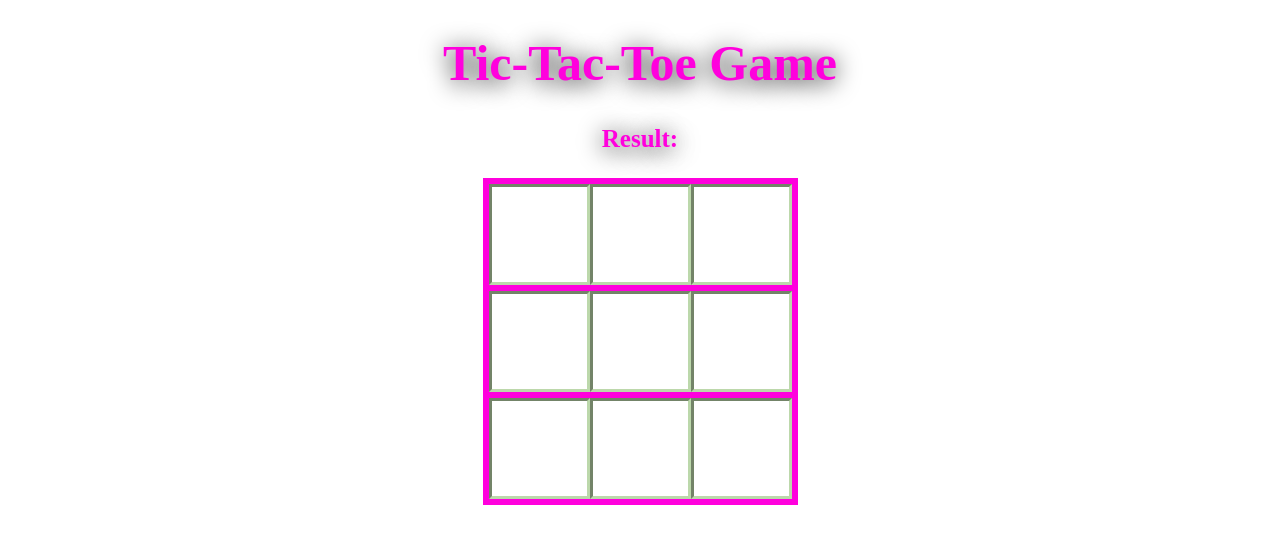
Repository: 0101chaitanya/Tic-Tac-Toe
Page: index.html
The author's editor kept a copy of each file at every save. The page is drawn from the files as they stood at one save, then again after the next save.
The browser window is 1280 px wide. The pictures show the whole page.

Above is the page before, as saved 2021-06-09 18:13:15.

After the next save:
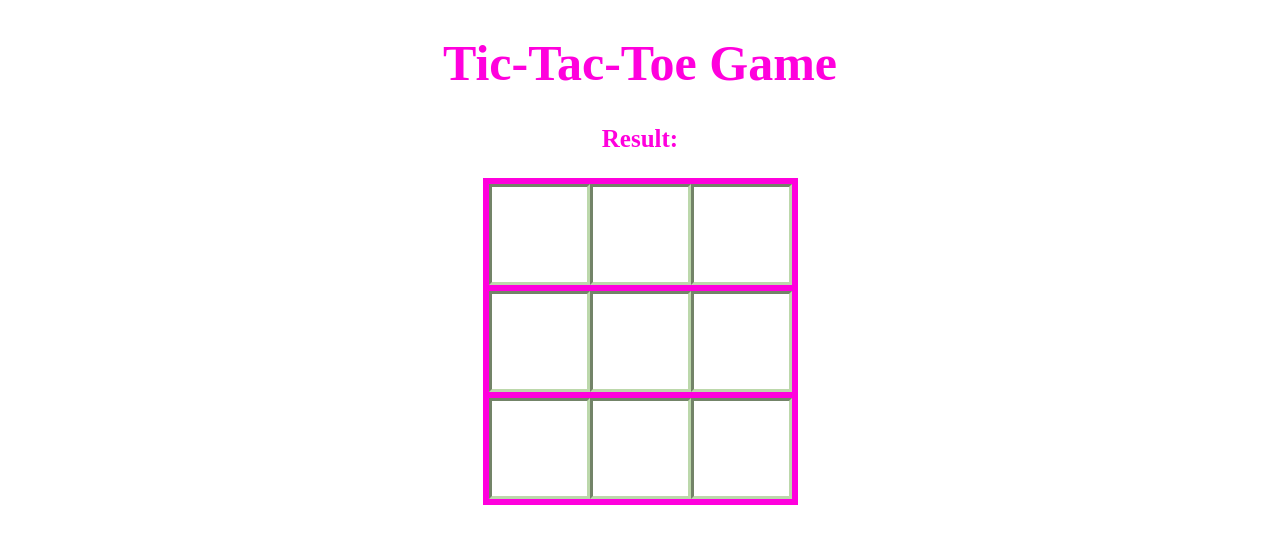
Saved 7 s later.
--- a/styles.css
+++ b/styles.css
@@ -1,7 +1,6 @@
 :root{
     text-align: center;
 font-weight: bold;
-text-shadow: 0.01rem 0.1em 1rem black;
 }
 @media  screen and (max-width: 400px){
     :root{
